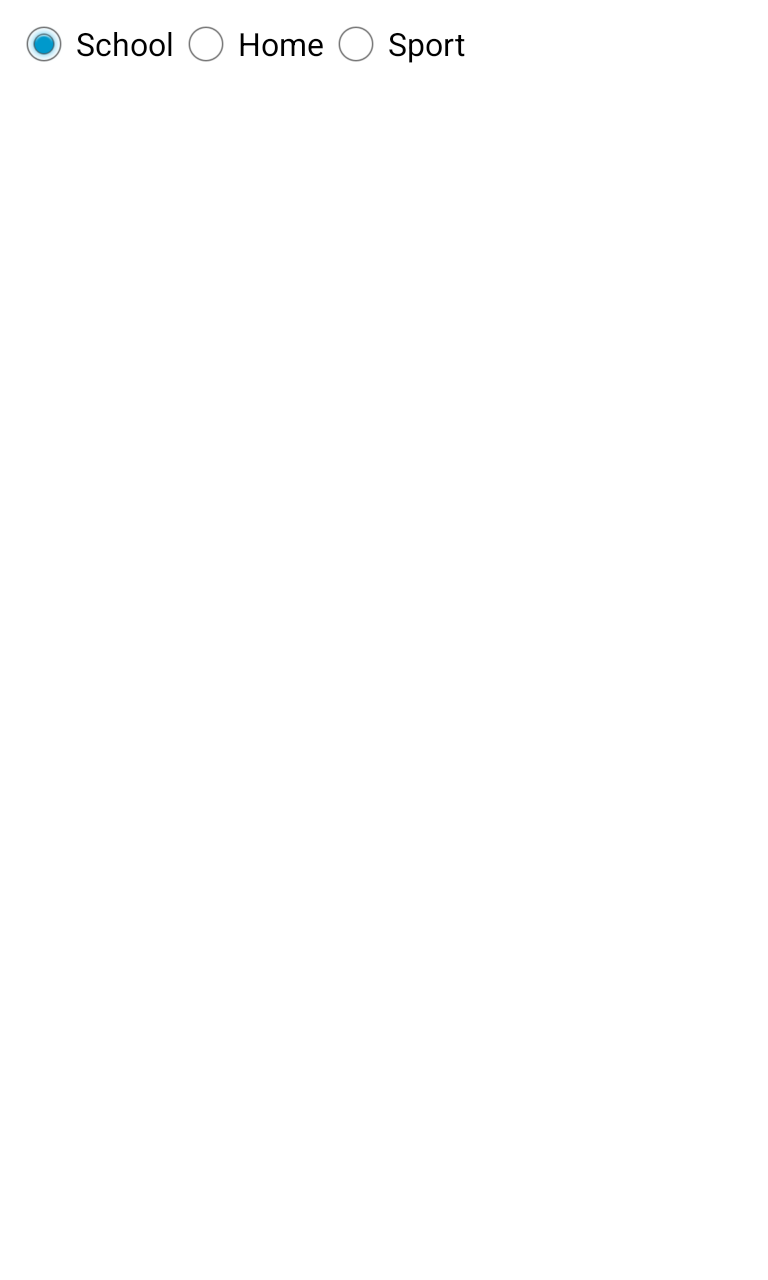
Repository: sehmon/workspace-eclipse
Layout: MilesTracker/res/layout/test_fragment_new_mile.xml
The author's editor kept a copy of each file at every save. The layout is drawn from the files as they stood at one save, then again after the next save.
It is drawn on a 768 x 1280 px phone screen (xhdpi) without system bars, with theme AppTheme; the app's code is not run.

Above is the layout before, as saved 2014-04-05 01:24:34.

After the next save:
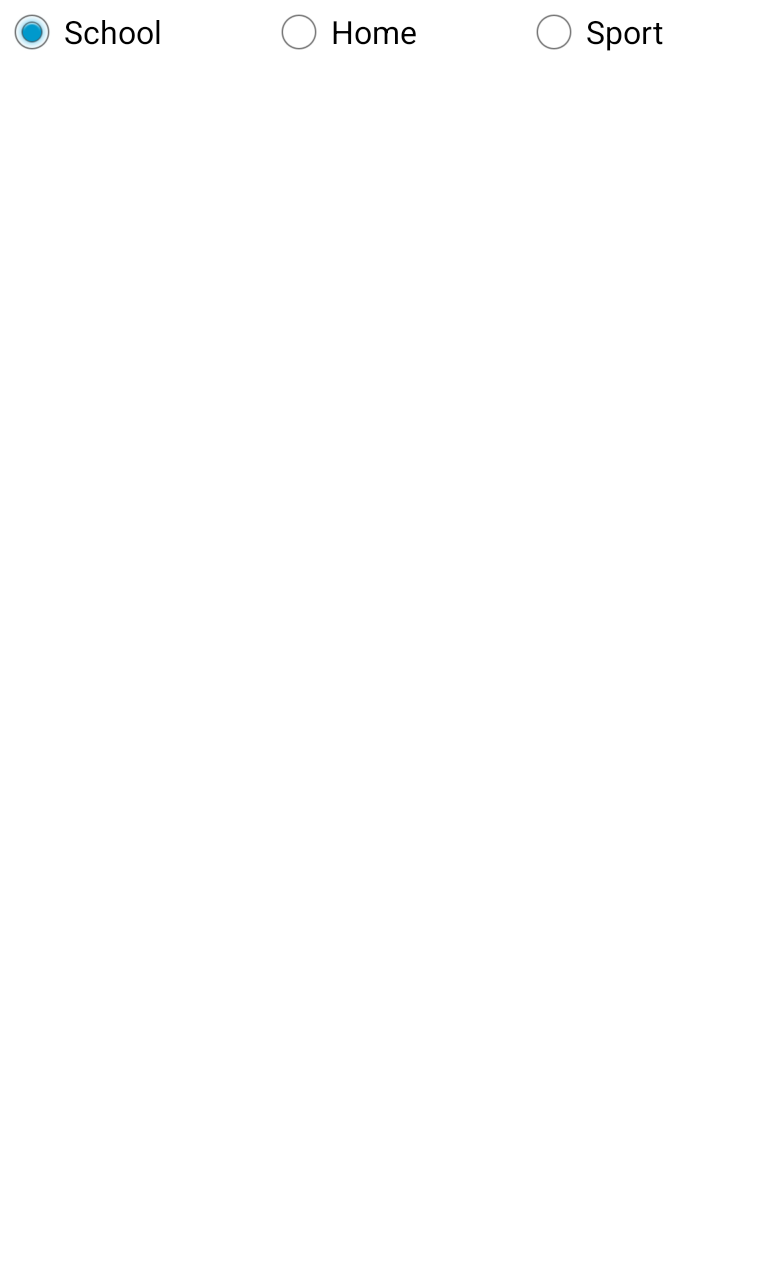
Saved 37 s later.
--- a/MilesTracker/res/layout/test_fragment_new_mile.xml
+++ b/MilesTracker/res/layout/test_fragment_new_mile.xml
@@ -3,12 +3,8 @@
     android:layout_width="match_parent"
     android:layout_height="match_parent" >
 
-    <TableRow
-        android:id="@+id/typeRadioButtons"
-        android:layout_margin="6dp" >
 
-
-       <RadioGroup
+     <RadioGroup
         android:id="@+id/typeRadioGroup"
         android:layout_width="fill_parent"
         android:layout_height="wrap_content"
@@ -38,6 +34,5 @@
             android:layout_weight="1" />
 
     </RadioGroup>
-    </TableRow>
 
 </TableLayout>
